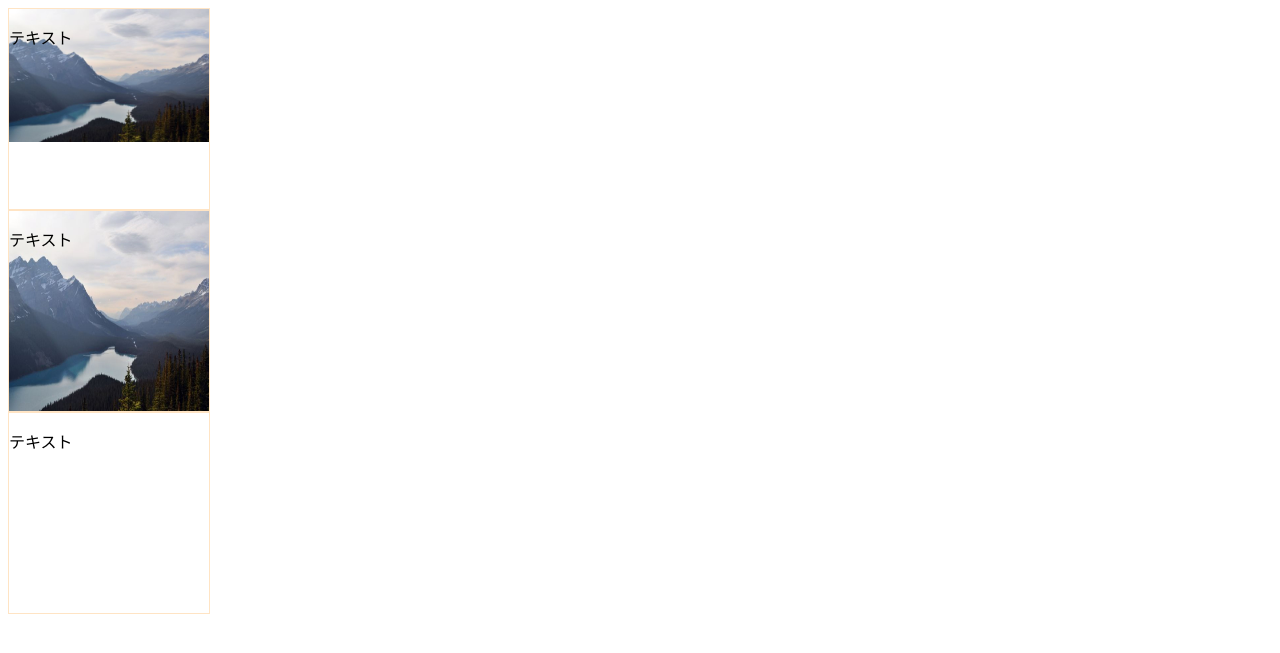
Repository: Jutta197/frontend726
Page: css_ex/bg_image/index.html
The author's editor kept a copy of each file at every save. The page is drawn from the files as they stood at one save, then again after the next save.
The browser window is 1280 px wide. The pictures show the whole page.

Above is the page before, as saved 2023-07-28 14:16:10.

### css_ex/bg_image/index.html
<!DOCTYPE html>
<html lang="en">

<head>
    <meta charset="UTF-8">
    <meta name="viewport" content="width=device-width, initial-scale=1.0">
    <title>Document</title>
    <link rel="stylesheet" href="style.css">
</head>

<body>
    <div id="a">
        <p>テキスト</p>
    </div>
    <div id="b">
        <p>テキスト</p>
    </div>
    <div id="c">
        <p>テキスト</p>
    </div>

</body>

</html>

### css_ex/bg_image/style.css
div {
    height: 200px;
    width: 200px;
    border: 1px solid bisque;
}

#a {
    background-image: url(mountains.jpg);
    background-size: contain;
    background-repeat: no-repeat;
}

#b {
    background-image: url(mountains.jpg);
    background-size: 100% 100%;

}

After the next save:
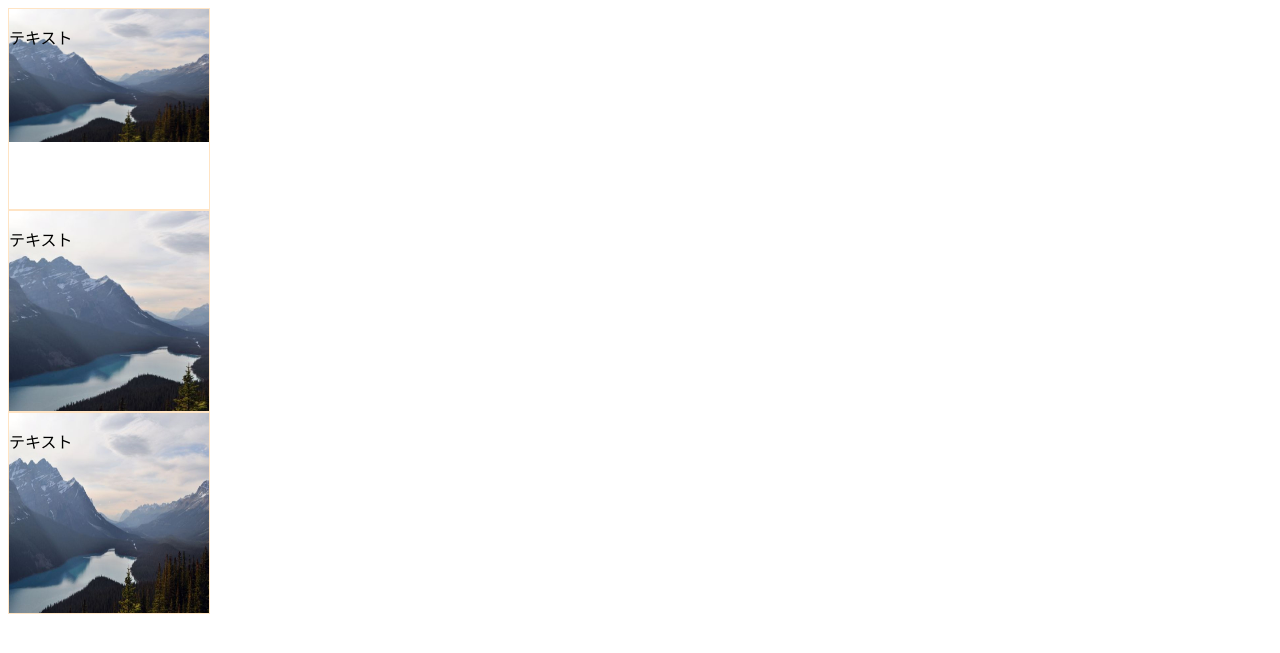
Saved 45 s later.
--- a/css_ex/bg_image/style.css
+++ b/css_ex/bg_image/style.css
@@ -12,6 +12,10 @@ div {
 
 #b {
     background-image: url(mountains.jpg);
+    background-size: cover;
+}
+
+#c {
+    background-image: url(mountains.jpg);
     background-size: 100% 100%;
-
 }
